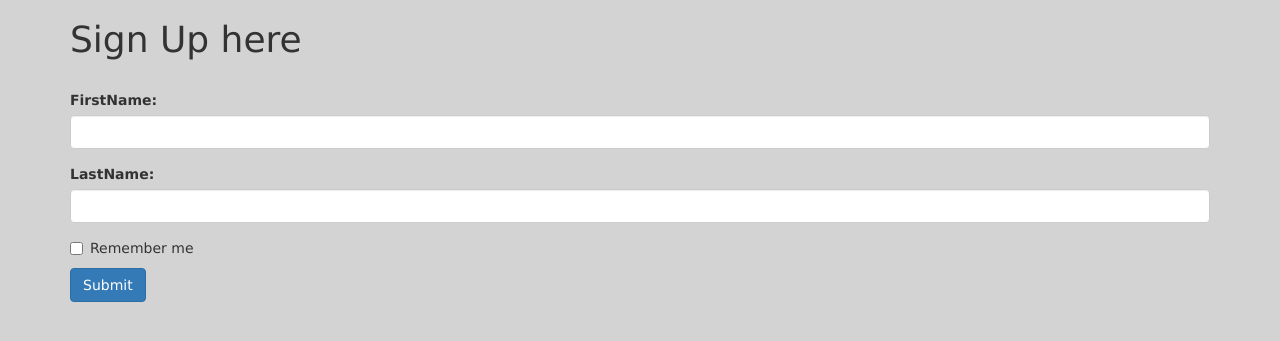
Repository: ahpraveen/springbootdemo
Page: demo/src/main/resources/static/SignUp.html
The author's editor kept a copy of each file at every save. The page is drawn from the files as they stood at one save, then again after the next save.
The browser window is 1280 px wide. The pictures show the whole page.
Some web libraries are served in a nearby version.

Above is the page before, as saved 2018-01-22 01:14:55.

After the next save:
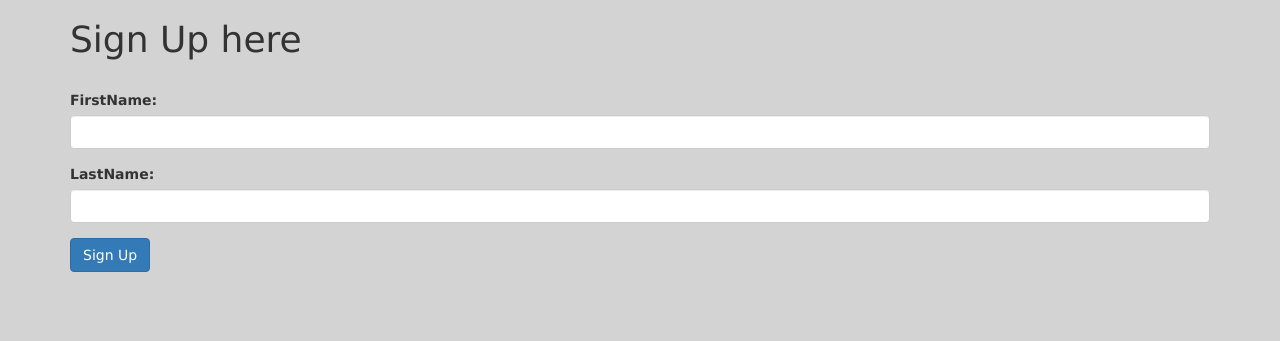
Saved 22 s later.
--- a/demo/src/main/resources/static/SignUp.html
+++ b/demo/src/main/resources/static/SignUp.html
@@ -28,10 +28,8 @@ font-family:verdana;
       <label for="lastName">LastName:</label>
       <input type="text" class="form-control" id="lname" name="lName">
     </div>
-    <div class="checkbox">
-      <label><input type="checkbox" name="remember"> Remember me</label>
-    </div>
-    <button type="submit" class="btn btn-primary">Submit</button>
+
+    <button type="submit" class="btn btn-primary">Sign Up</button>
 </form>
 </div>
 </body>
